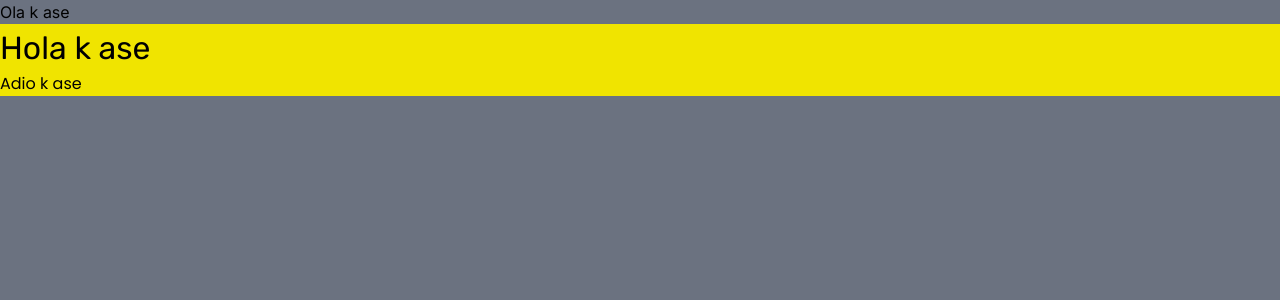
Repository: aldovelacasas/PF_RentCar2
Page: /homePage
An editor plug-in stored every save of this project. The page is shown before and after the next save, followed by the edit.
The browser window is 1280 px wide. The pictures show the whole page.
The project was rebuilt for these pictures with package versions that can differ from the ones it lists, and the page was loaded fresh each time. The framework's server and built-in components were replaced by stand-ins that run in the browser. Also part of the build but not shown: next.config.js.

Above is the page before, as saved 2023-08-29 18:45:55.

After the next save:
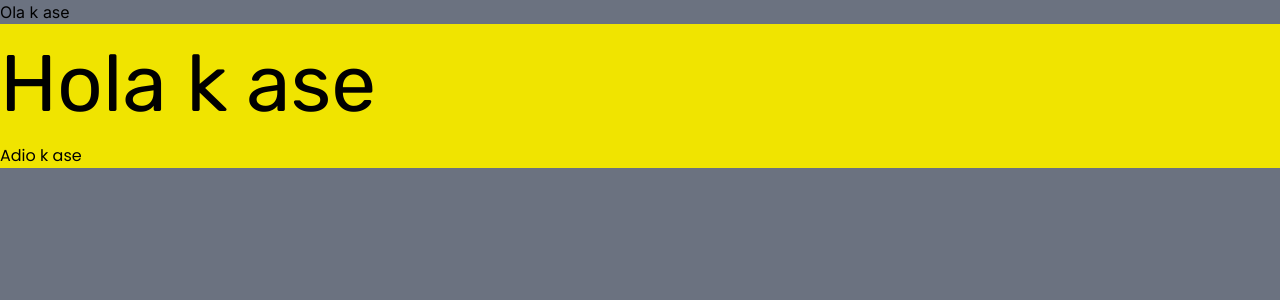
Saved 4 s later.
--- a/src/app/homePage/page.jsx
+++ b/src/app/homePage/page.jsx
@@ -13,7 +13,7 @@ const poppins = Poppins({
 function HomePage() {
   return (
     <div className={`bg-amarillo_status ${rubik.className}`}>
-      <h1 className="text-[2em]">Hola k ase</h1>
+      <h1 className="text-[5em]">Hola k ase</h1>
       <div>
         <p className={`${poppins.className}`}>Adio k ase</p>
       </div>
